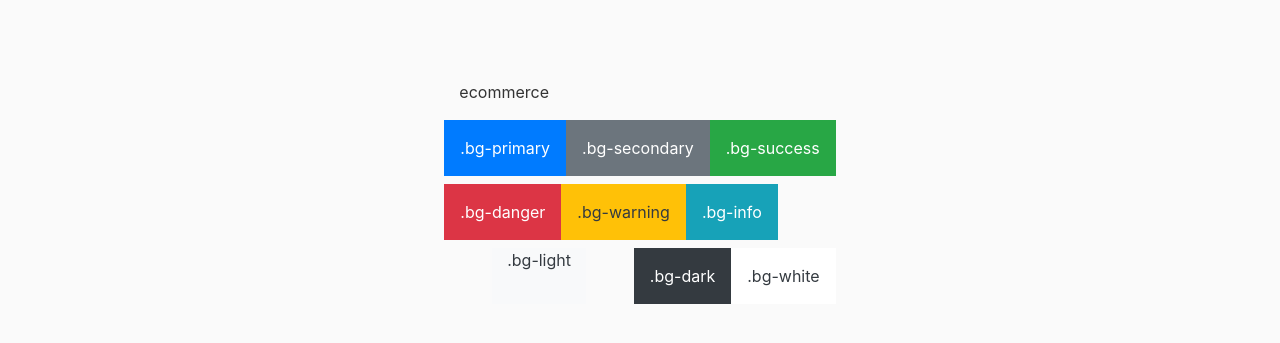
Repository: khanhdk0000/first_proj
Page: http://localhost/about?my_var=ecommerce
These files come from the project's save history. The page is drawn as it stood at one moment and after the next save; the edit follows.
The browser window is 1280 px wide. The pictures show the whole page.
Some web libraries are served in a nearby version. The page is served by the project's application, run on Flask 3 (flaskblog.py).

Above is the page before, as saved 2021-05-25 11:49:14.

After the next save:
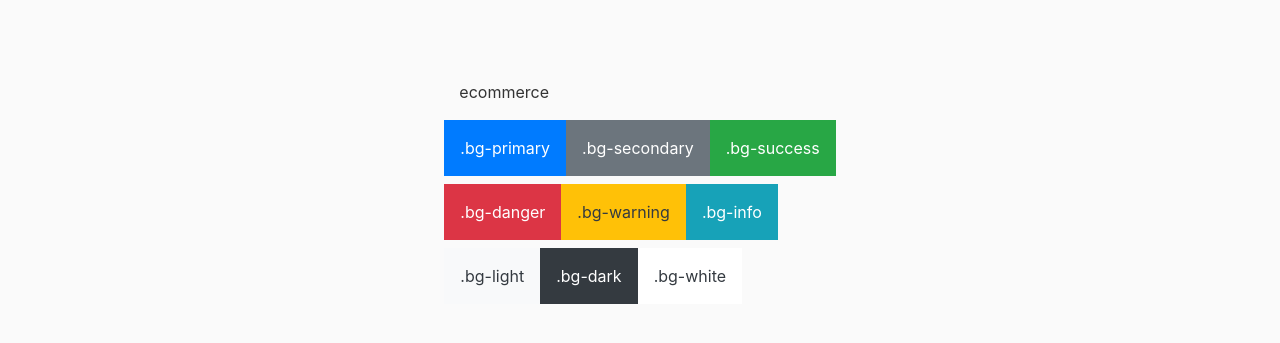
Saved 4 s later.
--- a/templates/about.html
+++ b/templates/about.html
@@ -15,7 +15,7 @@
 </div>
 
 <div class="row">
-    <div class="col-md-auto mx-auto mb-2 bg-light text-dark">.bg-light</div>
+    <div class="col-md-auto p-3 mb-2 bg-light text-dark">.bg-light</div>
     <div class="col-md-auto p-3 mb-2 bg-dark text-white">.bg-dark</div>
     <div class="col-md-auto p-3 mb-2 bg-white text-dark">.bg-white</div>
 </div>
